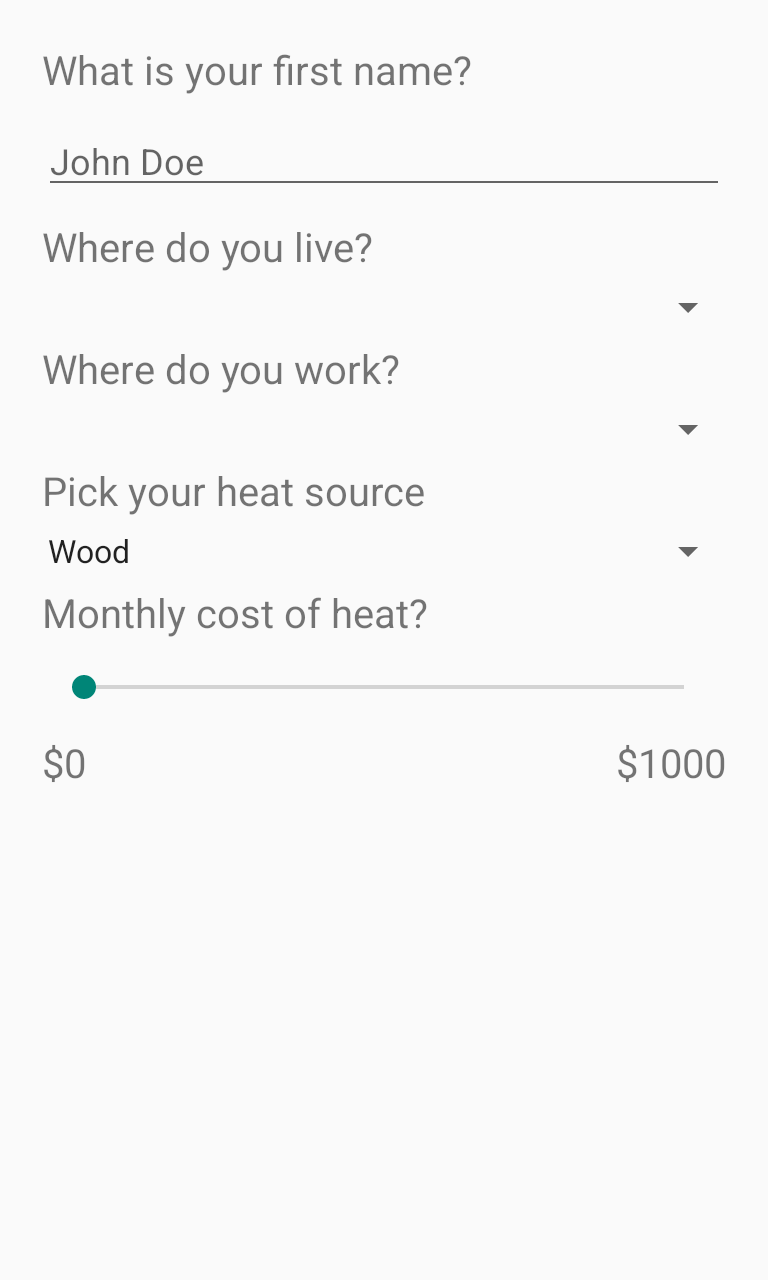
Repository: joshbarry/HackVT_2014
Layout: Android/HackVTKarma/res/layout/fragment_main.xml
These files come from the project's save history. The layout is drawn as it stood at one moment and after the next save; the edit follows.
It is drawn on a 768 x 1280 px phone screen (xhdpi) without system bars, with theme AppTheme; the app's code is not run.

Above is the layout before, as saved 2014-10-11 00:01:20.

After the next save:
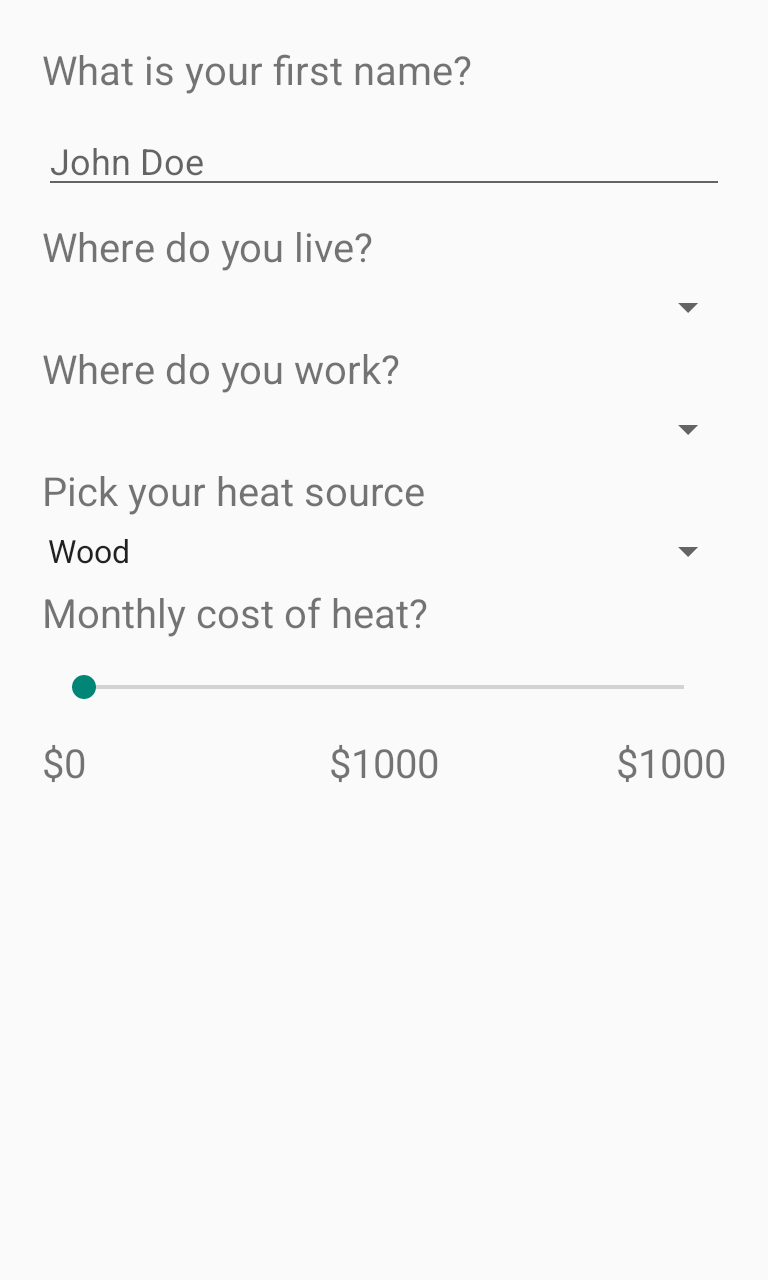
Saved 108 s later.
--- a/Android/HackVTKarma/res/layout/fragment_main.xml
+++ b/Android/HackVTKarma/res/layout/fragment_main.xml
@@ -113,4 +113,14 @@
         android:layout_height="wrap_content"
         android:text="@string/heat_anchor_right" />
 
+    <TextView
+        android:id="@+id/heatCostNotification"
+        android:textSize="20sp"
+        android:layout_margin="5dp"
+        android:layout_below="@+id/heatSeekbar"
+        android:layout_centerHorizontal="true"
+        android:layout_width="wrap_content"
+        android:layout_height="wrap_content"
+        android:text="@string/heat_anchor_right" />
+
 </RelativeLayout>
